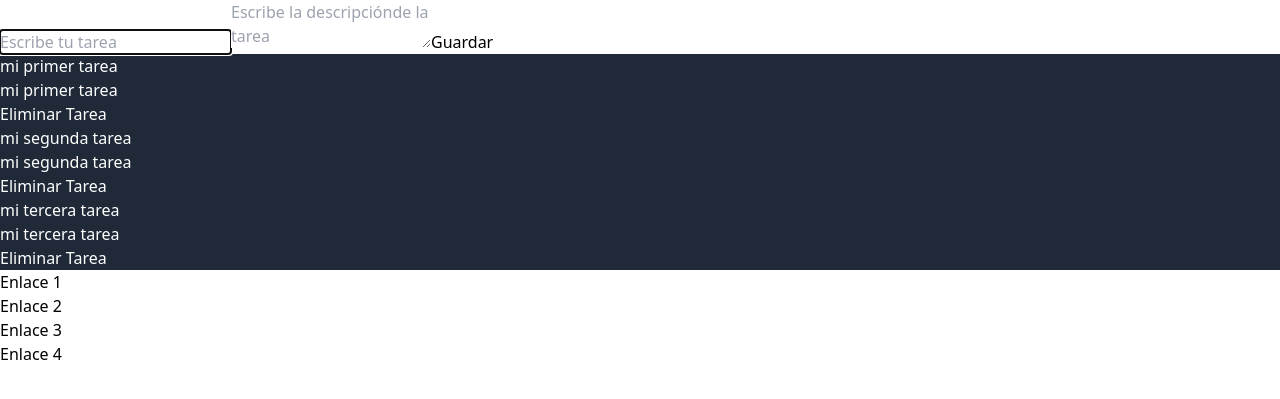
Repository: Ciromontes/AgendaTuTarea
Page: /
The author's editor kept a copy of each file at every save. The page is drawn from the files as they stood at one save, then again after the next save.
The browser window is 1280 px wide. The pictures show the whole page.
The project was rebuilt for these pictures with package versions that can differ from the ones it lists, and the page was loaded fresh each time. Also part of the build but not shown: vite.config.js.

Above is the page before, as saved 2023-09-19 06:04:11.

After the next save:
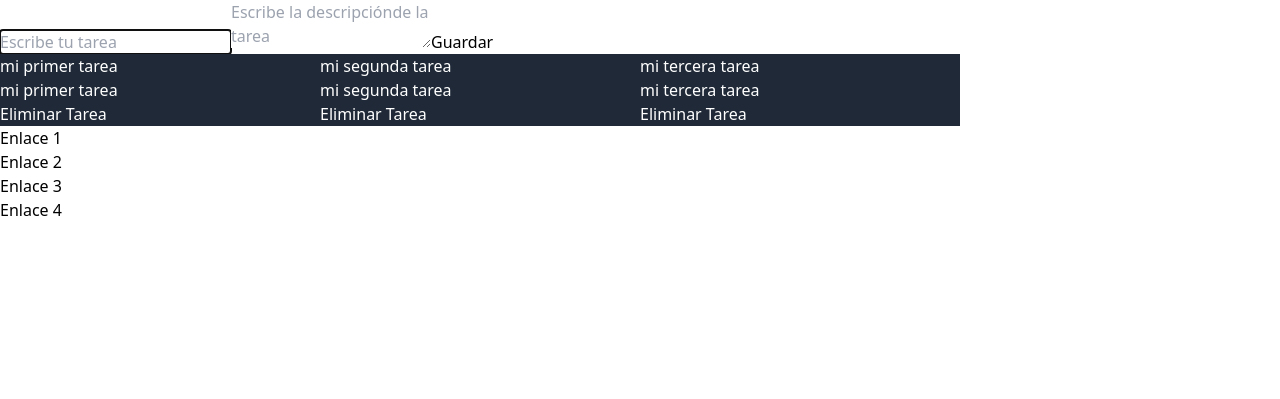
Saved 2 min 22 s later.
--- a/src/components/TaskList.jsx
+++ b/src/components/TaskList.jsx
@@ -11,7 +11,7 @@ function TaskList() {
 
 
   return (
-    <div>
+    <div className="grid grid-cols-4">
       {tasks.map((task) => (
         <TaskCard key={task.id} task={task} />
       ))}
